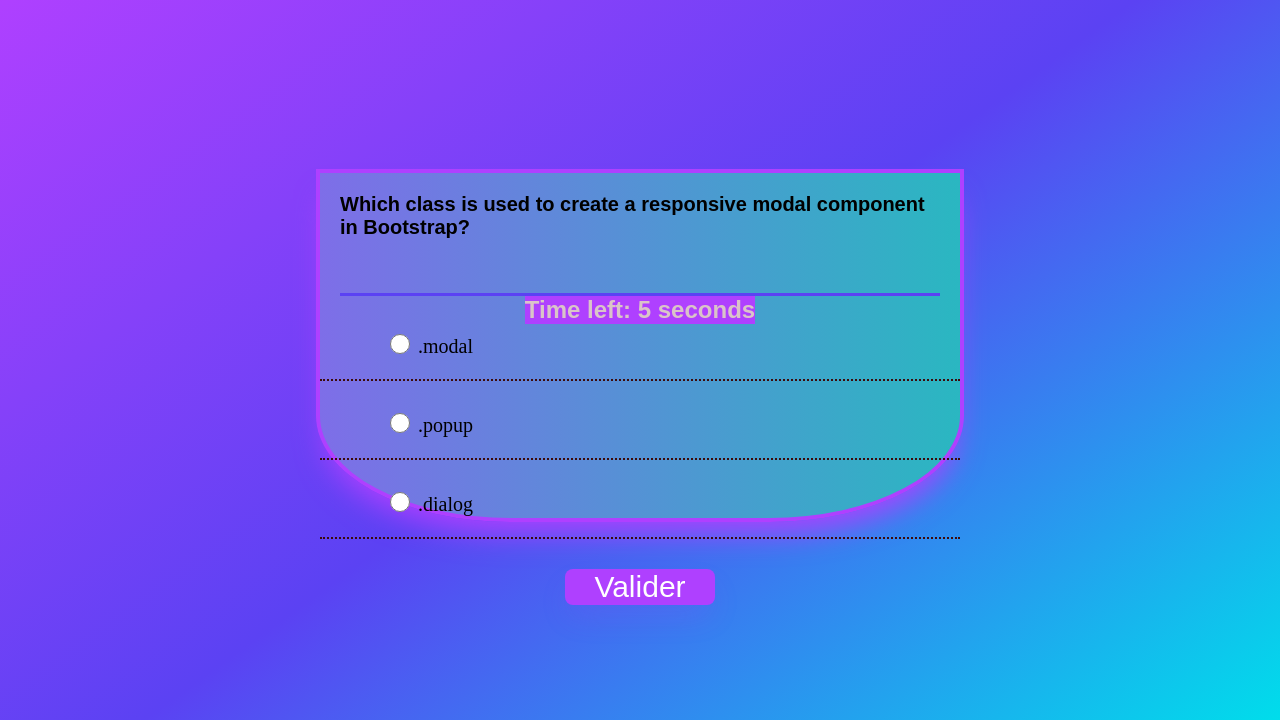
Repository: Belhoucine123/page1
Page: boostrap/test33.html
An editor plug-in stored every save of this project. The page is shown before and after the next save, followed by the edit.
The browser window is 1280 px wide. The pictures show the whole page.

Above is the page before, as saved 2023-07-05 00:54:36.
Console error: ReferenceError: load is not defined

### boostrap/test33.html
<!DOCTYPE html>
<html lang="en">
<head>
    <meta charset="UTF-8">
    <meta http-equiv="X-UA-Compatible" content="IE=edge">
    <meta name="viewport" content="width=device-width, initial-scale=1.0">
    <link rel="stylesheet" href="test33.css?jjjk">
    <title>TP Ajax</title>
    <style>
    </style>
</head>
<body onload="load()">
 <div class="ikramo">
   <div id="question-container">
    <h1 style="text-align: center;" id="result"></h1>

  <button  id="restart-btn">Recommencer</button>

    <h2 id="question"></h2>
    <div class="nino"><h2 style="text-align: center;" id="timer"></h2></div>
    <ol id="options"></ol>
    <button id="submit-btn">Valider</button>
    </div>
  </div>
</div>





</body>
</html>
<script src="test33.js">
</script>

### boostrap/test33.css
*{
  padding: 0%;
  margin: 0%;
}
body {
    height: 100vh;
    width: 100vw;
    background-color: #AF40FF;
    background-image: linear-gradient(144deg,#AF40FF, #5B42F3 50%,#00DDEB);

  }
    h1, h2 {
      font-family: Arial, sans-serif;
      height: 100px;
      border-bottom: #5B42F3 solid 3px ;
    }

    #question-container {
      display: block;
      border: 4px solid #AF40FF;
      box-shadow: #AF40FF 0px 20px 30px -10px;
      width: 50%;
      height: 60%;
      background-image: linear-gradient(to right, #7e6ee8, #2ab7c1);
      border-radius: 0 0 30% 30%;
      margin-top: 115px;

    }
    #result-container {
      display: none;
    }

    ul {
      list-style-type: none;
      padding: 0;
    }

    li {
      margin-bottom: 10px;
    }

    button:hover {
      cursor: pointer;
      background-color: #ddd;
    }
    #question {
      font-size: 20px;

      margin: 20px;
    }
    #options {
      list-style: none;
      margin: 0;
      padding: 0;
      margin-top: -40px;
    }

    #options li {
      display: flex; /* Use flexbox to align items horizontally */
      align-items: center; /* Center align items vertically */
      margin-bottom: 0.75rem; /* Add margin at the bottom of each list item */
      padding: 20px;

    }

    #options input {

      width: 1.25rem;
      height: 1.25rem;
      padding: 0 10px;
      border-radius: 1px;
      vertical-align: middle; /* Adjust vertical alignment of the checkbox */
      margin-right: 0.5rem;
      margin-left: 50px;/* Add margin between checkbox and options */
      margin-bottom: 5px;
    }

    #options input:checked {
      background-color: hsla(0, 0%, 0%, 0.935); /* Set background color when checkbox is checked */
      border-color: hsl(0, 0%, 0%); /* Set border color when checkbox is checked */
    }
    #options input:focus,
    #options input:hover {
      box-shadow: 0 0 0 3px hsl(0, 0%, 0%); /* Add box shadow when checkbox is focused or hovered */
      border-color: hsl(0, 0%, 0%); /* Set border color when checkbox is focused or hovered */
    }

    #options li {
      font-size: 20px;
      border-bottom: 2px dotted hsl(0, 69%, 14%); /* Add bottom border to the label */

      cursor: pointer; /* Change cursor to pointer on hover */


    }
  /* CSS */


  #submit-btn {
    align-items: center; /* Center align items vertically */
    background-color: #AF40FF;
    border: 0;
    border-radius: 8px; /* Add border radius */
    box-shadow: rgba(151, 65, 252, 0.2) 0 15px 30px -5px; /* Add box shadow */
    box-sizing: border-box;
    color: #FFFFFF; /* Set text color */
    display: flex; /* Use flexbox for alignment */
    font-family: Phantomsans, sans-serif;
    font-size: 20px; /* Set font size */
    justify-content: center; /* Center align content horizontally */
    line-height: 1em;
    max-width: 100%;
    min-width: 140px; /* Set minimum width */
    padding: 3px;
    text-decoration: none;
    user-select: none; /* Disable text selection */
    -webkit-user-select: none; /* Disable text selection in WebKit browsers */
    touch-action: manipulation; /* Enable touch manipulation */
    white-space: nowrap; /* Prevent wrapping of text */
    cursor: pointer; /* Set cursor style to pointer */
    margin: auto;
    margin-top: 30px;
    width: 150px;
    font-size: 30px;
  }

  #submit-btn:active,
  #submit-btn:hover {
    outline: 0; /* Remove outline on hover and active state */
  }

  #submit-btn span {
    background-color: rgb(5, 6, 45); /* Set background color for the span */
    padding: 16px 24px; /* Add padding to the span */
    border-radius: 6px; /* Add border radius to the span */
    width: 100%; /* Set the width of the span to 100% */
    height: 100%; /* Set the height of the span to 100% */
    transition: 300ms; /* Add transition effect */
  }

  #submit-btn:hover span {
    background: none; /* Remove background color on hover */
  }
  #timer {
    margin: 0%;
    border: 0px;
    padding: 0%;
    color: rgb(218, 196, 200);
    background-color: #AF40FF;
    width: fit-content;
    height: fit-content;
    margin-bottom: 30px;
    margin-top: -20px;


  }
  #result {
    display: none;
  }
.testo {
  display: none;
}
.ikram {
  width: 100vw;
  height: 100vh;
  display: block;
}
#result {
  color: rgb(0, 0, 0);
  align-items: center;
  margin-top: 30px;
  font-size: 30px;
}
#testo {
background-color: #09505e;

}
.nino {
  width: 100%;
  display: flex;
  justify-content: center;
}
#restart-btn {
  align-items: center; /* Center align items vertically */
  background-image: linear-gradient(144deg, #140a1b, #09505e 50%, #00DDEB); /* Use linear gradient for the background */
  border: 0;
  border-radius: 8px; /* Add border radius */
  box-shadow: rgba(151, 65, 252, 0.2) 0 15px 30px -5px; /* Add box shadow */
  box-sizing: border-box;
  color: #FFFFFF; /* Set text color */
  display: flex; /* Use flexbox for alignment */
  font-family: Phantomsans, sans-serif;
  margin-top: 200px;
  font-size: 20px; /* Set font size */
  justify-content: center; /* Center align content horizontally */
  line-height: 1em;
  max-width: 100%;
  min-width: 140px; /* Set minimum width */
  padding: 3px;
  text-decoration: none;
  user-select: none; /* Disable text selection */
  -webkit-user-select: none; /* Disable text selection in WebKit browsers */
  touch-action: manipulation; /* Enable touch manipulation */
  white-space: nowrap; /* Prevent wrapping of text */
  cursor: pointer; /* Set cursor style to pointer */
  margin: auto;
  margin-top: 30px;
  width: fit-content;
  font-size: 30px;
  display: none;
  margin-top: 100px;
}
.ikramo {
  height: 80%;
  width: 100%;
  display: flex;
  align-items: center;
  justify-content: center;
}

### boostrap/test33.js
var questions = [];
var currentQuestion = 0;
var score = 0;
var timeLeft = 10;
var countdown;
var typequiz = "boostrap";
var questionElement = document.getElementById("question");
var optionsElement = document.getElementById("options");
var resultElement = document.getElementById("result");
var timerElement = document.getElementById("timer");

var submitButton = document.getElementById("submit-btn");
var restartButton = document.getElementById("restart-btn");

function loadQuiz() {

  // Hide the restart button at the start of the quiz
  restartButton.style.display = "none";

  fetch('test33.json')
    .then(function(response) {
      return response.json();
    })
    .then(function(data) {
      questions = getRandomQuestions(data.questions, 10);
      displayQuestion();
    })
    .catch(function(error) {
      console.log('Error loading questions:', error);
    });
}


function getRandomQuestions(questions, count) {
  var shuffledQuestions = questions.slice();
  shuffledQuestions.sort(function() {
    return 0.5 - Math.random();
  });

  var selectedQuestions = shuffledQuestions.slice(0, count);
  var uniqueQuestions = Array.from(new Set(selectedQuestions.map(JSON.stringify))).map(JSON.parse);

  return uniqueQuestions;
}

function displayQuestion() {
  var question = questions[currentQuestion];
  questionElement.textContent = question.question;

  optionsElement.innerHTML = "";
  for (var i = 0; i < question.options.length; i++) {
    var li = document.createElement("li");
    var radio = document.createElement("input");
    radio.type = "radio";
    radio.name = "options";
    radio.value = i;
    li.appendChild(radio);
    li.appendChild(document.createTextNode(question.options[i]));
    optionsElement.appendChild(li);
  }

  // Reset and start the timer
  timeLeft = 10;
  timerElement.textContent = "Time left: " + timeLeft + " seconds";
  clearInterval(countdown);
  countdown = setInterval(function() {
    timeLeft--;
    timerElement.textContent = "Time left: " + timeLeft + " seconds";
    if (timeLeft <= 0) {
      clearInterval(countdown);
      submitAnswer();
    }
  }, 1000);
}

function submitAnswer() {
    var selectedOption = document.querySelector('input[name="options"]:checked');
    var selectedAnswer = selectedOption ? parseInt(selectedOption.value) : -1;
    var question = questions[currentQuestion];

    if (selectedAnswer === question.answer) {
      score++;
      console.log('valid response');
    } else {
      console.log('invalid response');
    }

    currentQuestion++;

    if (currentQuestion === questions.length) {
      console.log('finish question')
      displayResult();
    } else {
      displayQuestion();
    }
}

function displayResult() {
  clearInterval(countdown);
  timerElement.style.display = "none";
  questionElement.style.display = "none";
  optionsElement.style.display = "none";
  submitButton.style.display = "none";
  resultElement.textContent = "Your final score is: " + score + "/" + questions.length;
  resultElement.style.display = "block";
  restartButton.style.display = "block";
  const formData =
    "score=" +
    encodeURIComponent(score) +
    "&length=" +
    encodeURIComponent(questions.length) +
    "&type=" +
    encodeURIComponent(typequiz);
  const xhr = new XMLHttpRequest();
  xhr.open("POST", "../api/score.php");
  xhr.setRequestHeader("Content-Type", "application/x-www-form-urlencoded");
  xhr.send(formData);
}

function restartQuiz() {
  clearInterval(countdown);
  timerElement.style.display = "block";
  currentQuestion = 0;
  score = 0;
  questionElement.style.display = "block";
  optionsElement.style.display = "block";
  submitButton.style.display = "block";
  resultElement.style.display = "none";

  // Hide the restart button when the quiz is restarted
  restartButton.style.display = "none";
  displayQuestion();
}

submitButton.addEventListener("click", submitAnswer);
restartButton.addEventListener("click", restartQuiz);

loadQuiz();

### boostrap/test33.json
{
    "questions":[
     {
         "question": "What is Bootstrap?",
         "options": ["A programming language", "A front-end framework", "A server-side framework"],
         "answer": 1
     },
     {
         "question": "Which CSS preprocessor is commonly used with Bootstrap?",
         "options": ["Sass", "Less", "Stylus"],
         "answer": 0
     },
     {
         "question": "Which class is used to create a responsive grid layout in Bootstrap?",
         "options": [".row", ".container", ".grid"],
         "answer": 0
     },
     {
         "question": "Which class is used to create a responsive navbar in Bootstrap?",
         "options": [".navbar", ".nav", ".menu"],
         "answer": 0
     },
     {
         "question": "Which class is used to create a responsive card component in Bootstrap?",
         "options": [".card", ".panel", ".box"],
         "answer": 0
     },
     {
         "question": "Which class is used to create a responsive button in Bootstrap?",
         "options": [".btn", ".button", ".clickable"],
         "answer": 0
     },
     {
         "question": "What is the default container class in Bootstrap?",
         "options": [".container-fluid", ".container-full", ".container"],
         "answer": 2
     },
     {
         "question": "Which class is used to create a responsive form layout in Bootstrap?",
         "options": [".form-group", ".form-control", ".form-layout"],
         "answer": 0
     },
     {
         "question": "Which class is used to create a responsive table in Bootstrap?",
         "options": [".table", ".tab", ".datagrid"],
         "answer": 0
     },
     {
         "question": "Which class is used to create a responsive carousel component in Bootstrap?",
         "options": [".carousel", ".slider", ".slideshow"],
         "answer": 0
     },
     {
         "question": "What is the purpose of the Bootstrap grid system?",
         "options": ["To create responsive layouts", "To style text and images", "To manage server-side data"],
         "answer": 0
     },
     {
         "question": "Which class is used to create a responsive alert component in Bootstrap?",
         "options": [".alert", ".message", ".notification"],
         "answer": 0
     },
     {
         "question": "What is the purpose of the Bootstrap grid classes such as col-md-6?",
         "options": ["To set the font size", "To define column width", "To apply text alignment"],
         "answer": 1
     },
     {
         "question": "Which class is used to create a responsive modal component in Bootstrap?",
         "options": [".modal", ".popup", ".dialog"],
         "answer": 0
     },
     {
         "question": "What is the purpose of the Bootstrap utility classes?",
         "options": ["To add custom styles", "To manage responsive spacing", "To apply JavaScript animations"],
         "answer": 1
     },
     {
         "question": "Which class is used to create a responsive dropdown menu in Bootstrap?",
         "options": [".dropdown", ".menu", ".list"],
         "answer": 0
     },
     {
         "question": "What is the purpose of the Bootstrap grid breakpoints?",
         "options": ["To control color schemes", "To define font families", "To specify responsive layout changes"],
         "answer": 2
     },
     {
         "question": "Which class is used to create a responsive navigation menu in Bootstrap?",
         "options": [".nav", ".menu", ".list"],
         "answer": 0
     },
     {
         "question": "What is the purpose of the Bootstrap grid offsets?",
         "options": ["To adjust the vertical spacing", "To apply box shadows", "To shift columns horizontally"],
         "answer": 2
     },
     {
         "question": "Which class is used to create a responsive tooltip component in Bootstrap?",
         "options": [".tooltip", ".hint", ".help"],
         "answer": 0
     },
     {
         "question": "What is the purpose of the Bootstrap utility classes such as d-flex?",
         "options": ["To add custom styles", "To manage responsive spacing", "To control display and flexbox behavior"],
         "answer": 2
     },
     {
         "question": "Which class is used to create a responsive progress bar component in Bootstrap?",
         "options": [".progress", ".bar", ".meter"],
         "answer": 0
     },
     {
         "question": "What is the purpose of the Bootstrap grid gutter?",
         "options": ["To control border styles", "To add shadows", "To provide horizontal spacing between columns"],
         "answer": 2
     },
     {
         "question": "Which class is used to create a responsive pagination component in Bootstrap?",
         "options": [".pagination", ".pager", ".nav"],
         "answer": 0
     },
     {
         "question": "What is the purpose of the Bootstrap utility classes such as text-center?",
         "options": ["To add custom styles", "To manage responsive typography", "To apply CSS animations"],
         "answer": 1
     },
     {
         "question": "Which class is used to create a responsive badge component in Bootstrap?",
         "options": [".badge", ".tag", ".label"],
         "answer": 0
     },
     {
         "question": "What is the purpose of the Bootstrap grid column ordering classes?",
         "options": ["To apply text styles", "To define column width", "To change the order of columns"],
         "answer": 2
     },
     {
         "question": "Which class is used to create a responsive media object in Bootstrap?",
         "options": [".media", ".image", ".video"],
         "answer": 0
     },
     {
         "question": "What is the purpose of the Bootstrap utility classes such as bg-primary?",
         "options": ["To manage responsive backgrounds", "To add border styles", "To adjust vertical alignment"],
         "answer": 0
     },
     {
         "question": "Which class is used to create a responsive jumbotron component in Bootstrap?",
         "options": [".jumbotron", ".hero", ".header"],
         "answer": 0
     },
     {
         "question": "What is the purpose of the Bootstrap grid nesting?",
         "options": ["To manage responsive borders", "To create grid-like patterns", "To place grids within grids"],
         "answer": 2
     }
    ]
   }

After the next save:
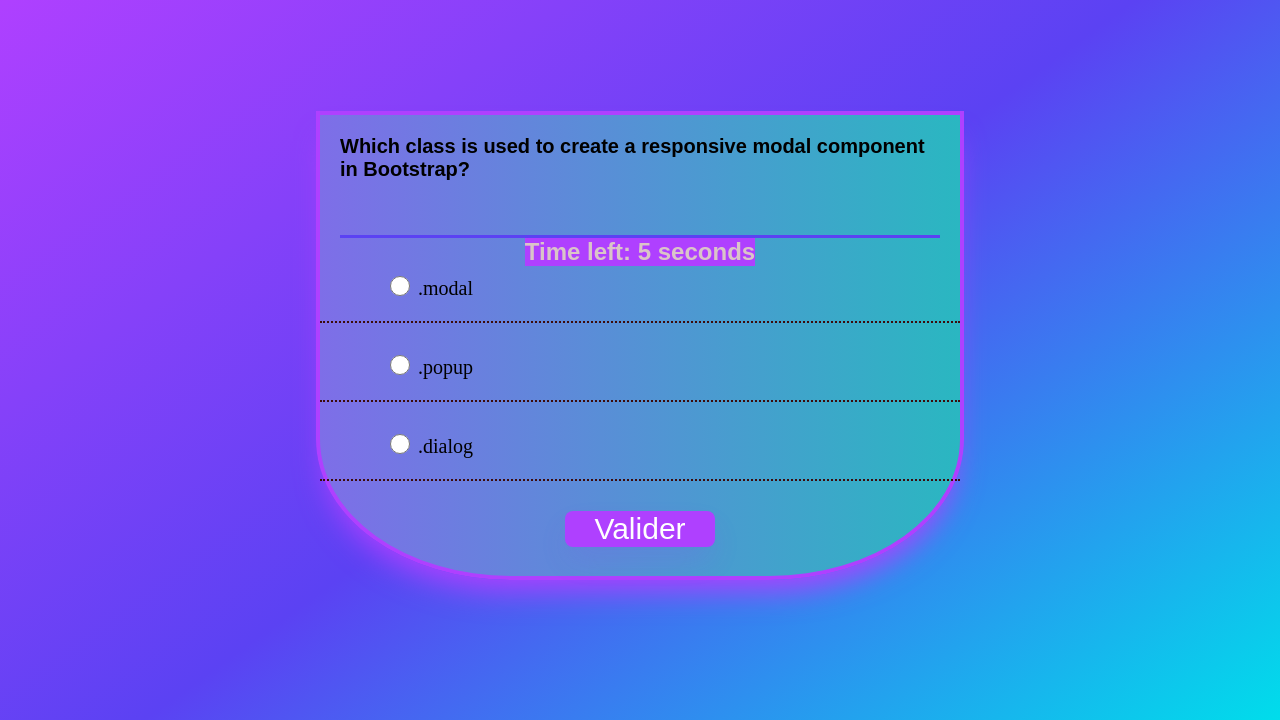
Saved 8 min 51 s later.
--- a/boostrap/test33.css
+++ b/boostrap/test33.css
@@ -20,7 +20,7 @@
       border: 4px solid #AF40FF;
       box-shadow: #AF40FF 0px 20px 30px -10px;
       width: 50%;
-      height: 60%;
+      height: 80%;
       background-image: linear-gradient(to right, #7e6ee8, #2ab7c1);
       border-radius: 0 0 30% 30%;
       margin-top: 115px;
